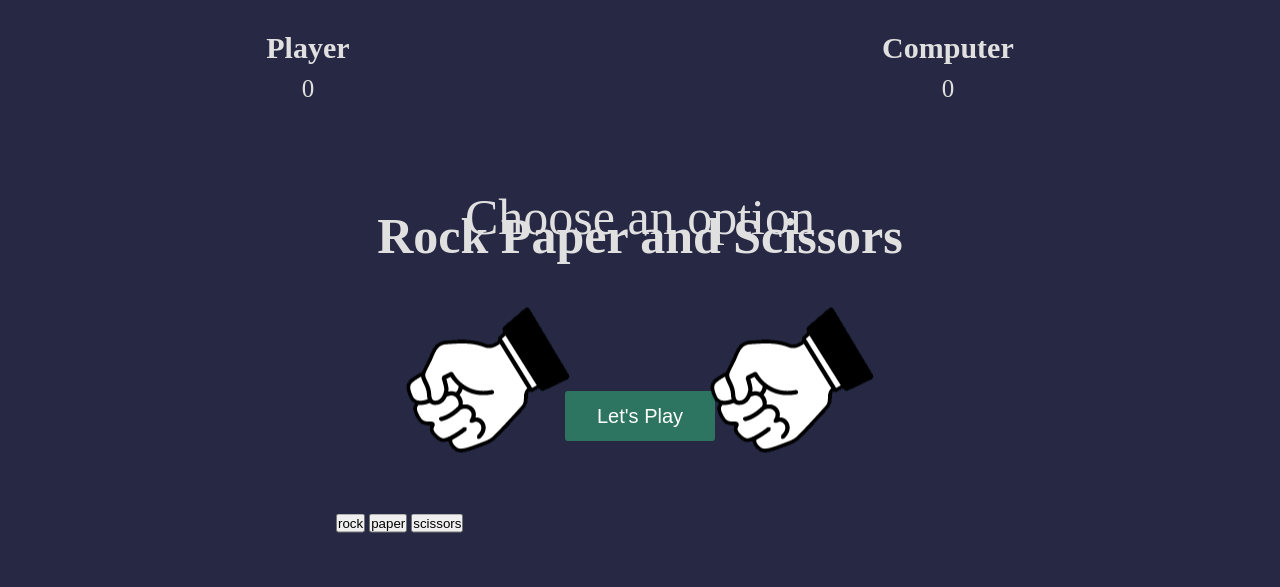
Repository: issaRan/Rock-Paper-Scissors
Page: index.html
An editor plug-in stored every save of this project. The page is shown before and after a run of saves, followed by the edit.
The browser window is 1280 px wide. The pictures show the whole page.

Above is the page before, as saved 2020-10-23 22:39:20.

After the next 2 saves:
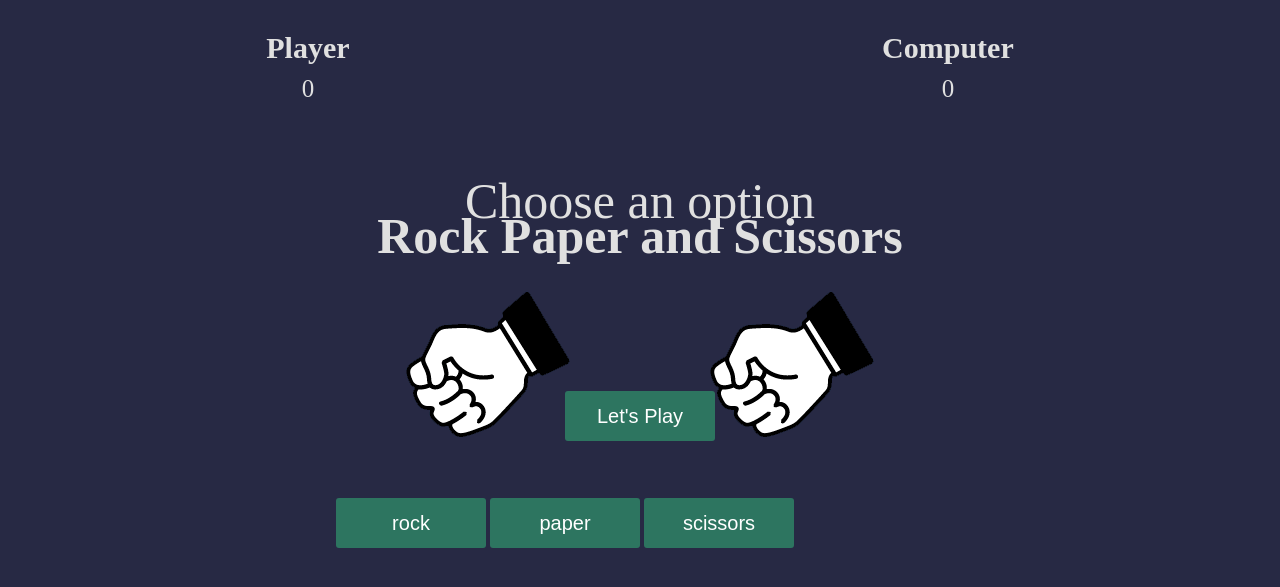
The 2 saves are shown as one change because they came seconds apart.
The last was saved 26 s later.
--- a/style.css
+++ b/style.css
@@ -36,7 +36,7 @@ section{
 .intro h1 {
     font-size: 50px;
 }
-.intro button {
+.intro button, .match button{
     width: 150px;
     height: 50px;
     background: none;
